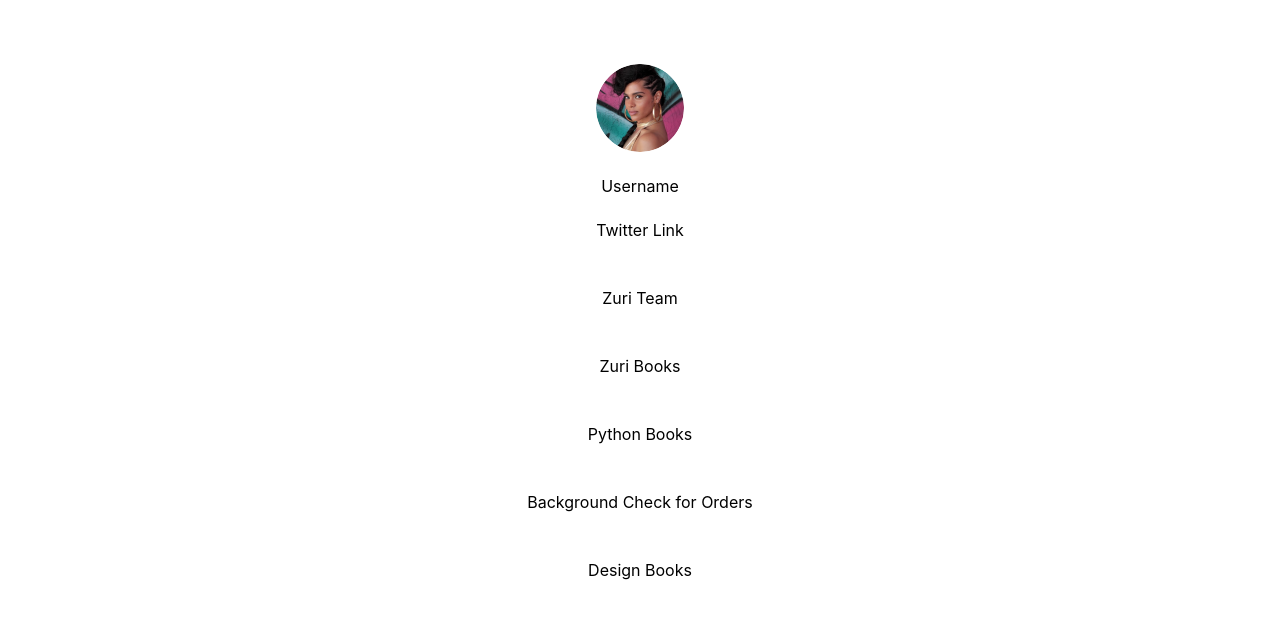
Repository: uh-sman/Zuri-task-one
Page: /
The author's editor kept a copy of each file at every save. The page is drawn from the files as they stood at one save, then again after the next save.
The browser window is 1280 px wide. The pictures show the whole page.
The project was rebuilt for these pictures with package versions that can differ from the ones it lists, and the page was loaded fresh each time.

Above is the page before, as saved 2022-10-23 19:21:06.

### src/App.js
import "./App.css";
import Home from "./Components/Home";

function App() {
  return (
    <div className="App">
      <Home />
    </div>
  );
}

export default App;

### src/Components/Home.js
import React from "react";
import Body from "./Body";

import Dashboard from "./Dashboard";
const Home = () => {
  return (
    <div>
      <Dashboard />
      <Body />
    </div>
  );
};

export default Home;

### src/Components/Body.js
import { useState } from "react";
import "./body.css";
import { data } from "../dummy";
const Body = () => {
  //   const [data, setData] = useState([]);

  return (
    <div>
      {data.map(({ id, title, description, link }) => (
        <div key={id} className="body-container">
          <div className="box">
            <a>{title}</a>
          </div>
        </div>
      ))}
    </div>
  );
};

export default Body;

### src/Components/Dashboard.js
import React from "react";
import profile from "./assets/profile.png";
import "./dashboard.css";
const Dashboard = () => {
  return (
    <div className="dashboard">
      <div className="dashboard-container">
        <img className="image" src={profile} />
        <div className="text-section">
          <p>Username{}</p>
        </div>
      </div>
    </div>
  );
};

export default Dashboard;

### src/Components/body.css
.body-container {
  display: flex;
  flex-direction: column;
  align-items: center;
  padding: 0px;
  gap: 24px;
  /* isolation: isolate; */
}
.box {
  display: flex;
  flex-direction: row;
  justify-content: center;
  align-items: center;
  padding: 24px 32px;
  gap: 8px;
}

### src/dummy.js
export const data = [
  {
    id: "",
    title: "Twitter Link",
    link: "",
  },
  {
    id: "btn_zuri",
    title: "Zuri Team",
    description: "",
    link: "https://training.zuri.team/",
  },
  {
    id: "books",
    title: "Zuri Books",
    description: "",
    link: "http://books.zuri.team ",
  },
  {
    id: " book_python",
    title: "Python Books",
    description: "https://books.zuri.team",
    link: "",
  },
  {
    id: "pitch",
    title: "Background Check for Orders",
    description: "",
    link: " https://background.zuri.team",
  },
  {
    id: "book__design",
    title: "Design Books",
    description: "",
    link: "https://books.zuri.team/design-rules",
  },
];

### src/Components/dashboard.css
/* .dashboard {
  background-color: red;
  width: 100px;
  height: 100px;
} */
.dashboard-container {
  display: flex;
  flex-direction: column;
  justify-content: center;
  margin: auto;
  align-items: center;
}
.image {
  height: 88px;
  width: 88px;
  left: 532px;
  top: 0px;
  border-radius: 275px;
  margin-top: 64px;
}
.text-section {
  margin-top: 24px;
}

Loaded but not shown: public/index.html (common file); src/index.js (common file); src/index.css (common file); src/reportWebVitals.js (common file); src/App.css (common file)

After the next save:
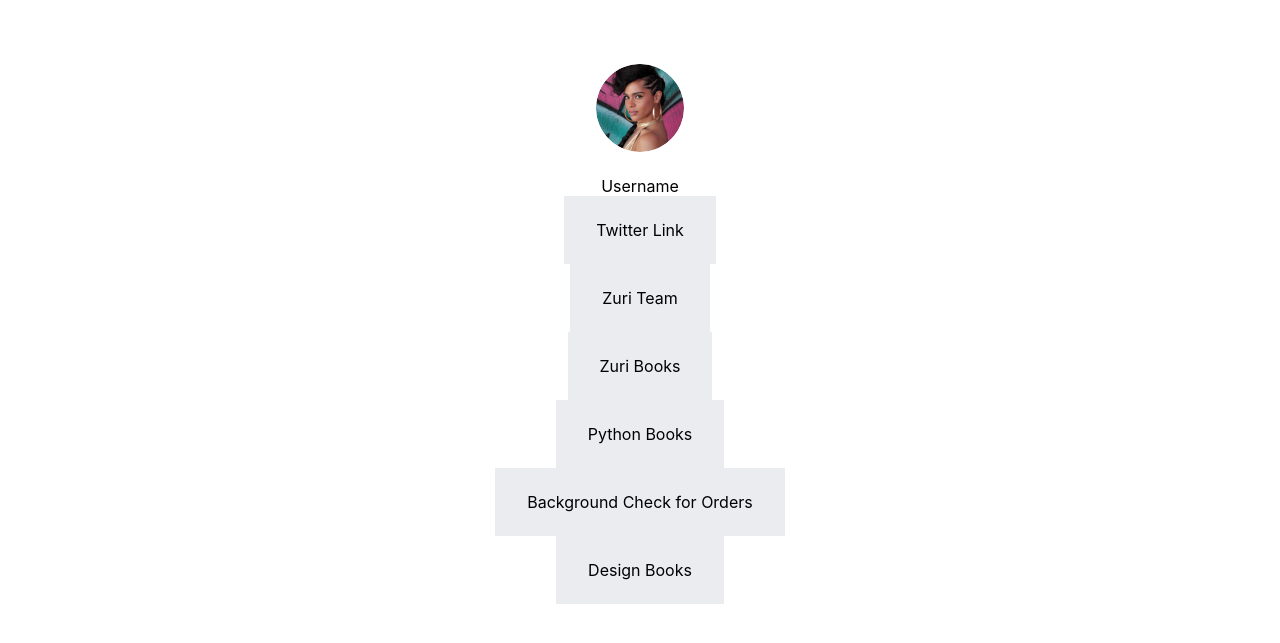
Saved 26 s later.
--- a/src/Components/body.css
+++ b/src/Components/body.css
@@ -13,4 +13,5 @@
   align-items: center;
   padding: 24px 32px;
   gap: 8px;
+  background-color: #eaecf0;
 }
